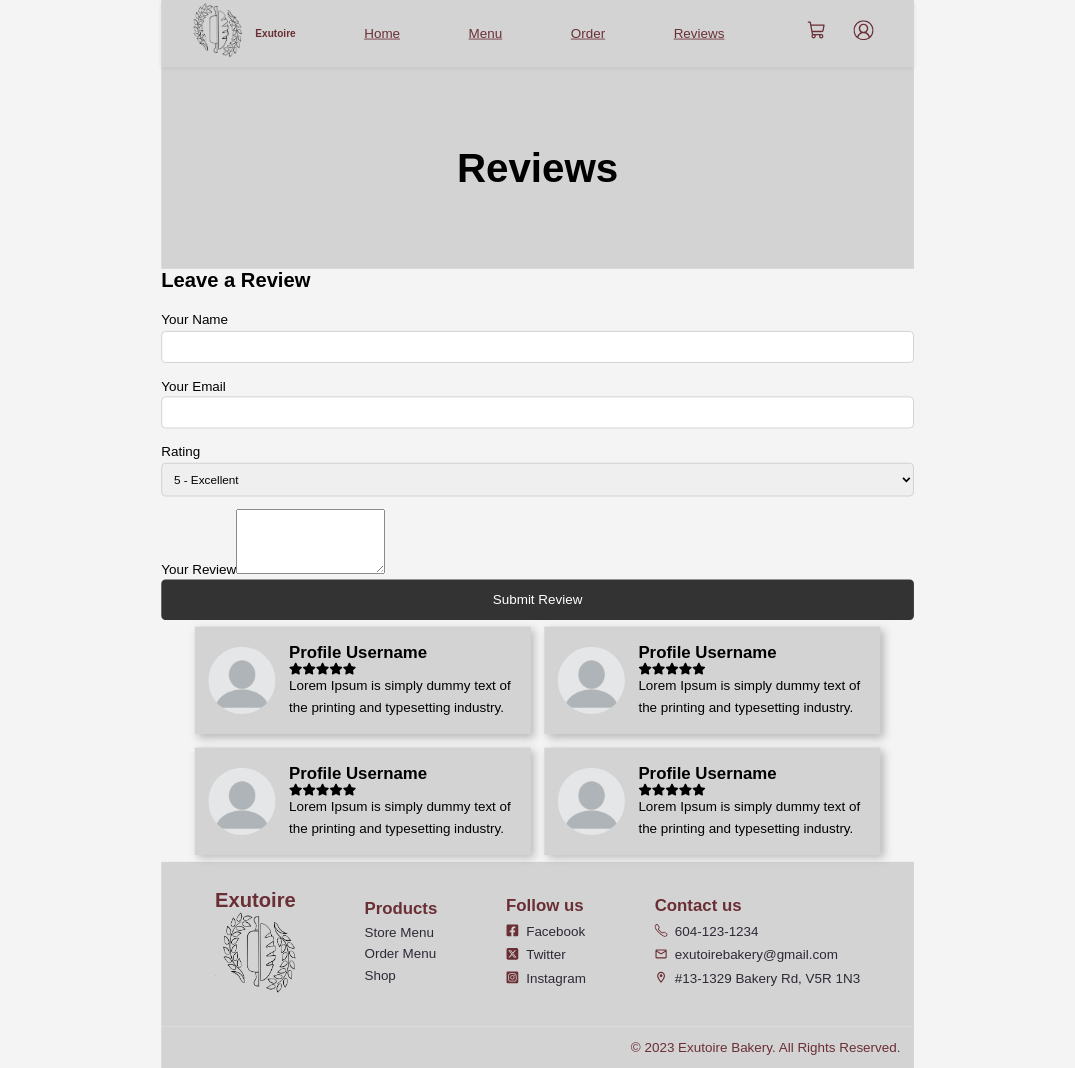
Repository: MelissaJacobi/COMP3170-final-proj
Page: /Reviews
An editor plug-in stored every save of this project. The page is shown before and after the next save, followed by the edit.
The browser window is 1280 px wide. The pictures show the whole page, at 84% of full size.
The project was rebuilt for these pictures with package versions that can differ from the ones it lists, and the page was loaded fresh each time. Also part of the build but not shown: vite.config.js, src/pages/ShoppingCart.module.css, src/components/ShoppingCartCard.module.css, src/components/ShoppingCartCard.jsx, src/components/OrderTotal.jsx, src/pages/ShoppingCart.jsx, src/pages/Profile.module.css, src/pages/Profile.jsx and 30 more.

Above is the page before, as saved 2024-10-19 19:49:38.

### src/main.jsx
import { StrictMode } from 'react'
import { createRoot } from 'react-dom/client'
import App from './App.jsx'
import './index.css'

const rootElement = document.getElementById('root');
if (rootElement) {
  createRoot(rootElement).render(
    <StrictMode>
      <App />
    </StrictMode>
  );
}

### src/App.jsx
import { BrowserRouter as Router, Routes, Route } from 'react-router-dom';
import styles from './App.module.css';
import Header from './components/Header';
import Footer from './components/Footer';
import Home from './pages/Home';
import Menu from './pages/menu';
import Bread from './pages/Bread';
import Pastries from './pages/Pastries';
import Cakes from './pages/Cakes';
import Drinks from './pages/Drinks';
import Seasonal from './pages/Seasonal';
import OrderPickUp from './pages/OrderPickUp';
import OrderDelivery from './pages/OrderDelivery';
import ShoppingCart from './pages/ShoppingCart';
import Profile from './pages/Profile';
import Reviews from './pages/reviews';

function App() {
  return (
    <Router>
      <div className={styles.appContainer}>
        <Header />
        <Routes>
          <Route path="/" element={<Home />} />
          <Route path="/menu" element={<Menu />} />
          <Route path="/menu/bread" element={<Bread />} />
          <Route path="/menu/pastries" element={<Pastries />} />
          <Route path="/menu/cakes" element={<Cakes />} />
          <Route path="/menu/drinks" element={<Drinks />} />
          <Route path="/menu/seasonal" element={<Seasonal />} />
          <Route path="/orderpickup" element={<OrderPickUp />} />
          <Route path="/orderdelivery" element={<OrderDelivery />} />
          <Route path="/shoppingcart" element={<ShoppingCart/>}/>
          <Route path="/profile" element={<Profile />}/>
          <Route path="/Reviews" element={<Reviews />}/>
        </Routes>
        <Footer />
      </div>
    </Router>
  );
}

export default App;

### src/index.css
* {
  margin: 0;
  padding: 0;
  box-sizing: border-box;
}

body {
  font-family: Arial, sans-serif;
  line-height: 1.6;
  background-color: #f4f4f4;
}

:root {
  --primary-color: lightgrey;
  --secondary-color: lightblue;
  --accent-color: #6A2E35;
  --background-color: white;
  --text-color: #2E2836;
}

### src/App.module.css
.appContainer {
    width: 70%;
    height: 100%;
    margin: auto;
}

### src/components/Header.jsx
// Header.tsx
import { Link, Route, Router, Routes } from 'react-router-dom';
import styles from './Header.module.css';
import logo from "../assets/images/logo.png";
import { PiShoppingCart } from "react-icons/pi";
import { VscAccount } from "react-icons/vsc";
import OverallCart from '../pages/ShoppingCart';
import Profile from '../pages/Profile';

export default function Header() {
  return (
    <div className={styles.container}>
      <div>
        <Link to ="/"><img src={logo} alt="Logo" className={styles.logo} /></Link>
        <p className={styles.siteTitle}>Exutoire</p>
      </div>
      <Link to="/" className={styles.links}>Home</Link>
      <Link to="/Menu" className={styles.links}>Menu</Link>
      <Link to="/OrderPickUp" className={styles.links}>Order</Link>
      <Link to="/Reviews" className={styles.links}>Reviews</Link>
      <div>
        <Link to="/ShoppingCart">
          <PiShoppingCart className={styles.icon} />
        </Link>
        <Link to="/Profile">
          <VscAccount className={styles.icon} />
        </Link>
      </div>
    </div>
  );
}

### src/components/Footer.tsx
import logo from "../assets/images/logo.png"
import styles from "./Footer.module.css"
import { FaFacebookSquare } from "react-icons/fa";
import { FaSquareXTwitter } from "react-icons/fa6";
import { FaInstagramSquare } from "react-icons/fa";
import { SlPhone } from "react-icons/sl";
import { MdOutlineMailOutline } from "react-icons/md";
import { MdOutlineLocationOn } from "react-icons/md";

export default function Footer() {

  return (
    <>
      <div className={styles.container}>
        <div>
            <p className={styles.siteTitle}>Exutoire</p>
            <img src={logo} alt="Logo" className={styles.logo}/>
        </div>
        <ul>
          <p>Products</p>
          <li>Store Menu</li>
          <li>Order Menu</li>
          <li>Shop</li>
        </ul>
        <ul>
          <p>Follow us</p>
          <li><FaFacebookSquare className={styles.socialIcon}/>Facebook</li>
          <li><FaSquareXTwitter className={styles.socialIcon}/>Twitter</li>
          <li><FaInstagramSquare className={styles.socialIcon}/>Instagram</li>
        </ul>
        <ul>
          <p>Contact us</p>
          <li><SlPhone  className={styles.socialIcon}/>604-123-1234</li>
          <li><MdOutlineMailOutline className={styles.socialIcon}/>exutoirebakery@gmail.com</li>
          <li><MdOutlineLocationOn className={styles.socialIcon}/>#13-1329 Bakery Rd, V5R 1N3</li>
        </ul>
      </div>
      <p className={styles.copywrite}>© 2023 Exutoire Bakery.  All Rights Reserved.</p>
    </>
  )
}

### src/pages/reviews.jsx
import styles from "./Reviews.module.css"
import Review from "../components/Review";

export default function Reviews() {
    return (
      <div className={styles.container}>
        <div className={styles.banner}>
            <h1>Reviews</h1>
        </div>
        <div className={styles.reviewFormContainer}>
        <h2>Leave a Review</h2>
        <form action="#" method="POST" className={styles.reviewForm}>
          <div className={styles.formGroup}>
            <label htmlFor="name">Your Name</label>
            <input type="text" id="name" name="name" required />
          </div>

          <div className={styles.formGroup}>
            <label htmlFor="email">Your Email</label>
            <input type="email" id="email" name="email" required />
          </div>

          <div className={styles.formGroup}>
            <label htmlFor="rating">Rating</label>
            <select id="rating" name="rating" required>
              <option value="5">5 - Excellent</option>
              <option value="4">4 - Good</option>
              <option value="3">3 - Average</option>
              <option value="2">2 - Poor</option>
              <option value="1">1 - Terrible</option>
            </select>
          </div>

          <div className={styles.formGroup}>
            <label htmlFor="comments">Your Review</label>
            <textarea id="comments" name="comments" rows="5" required></textarea>
          </div>

          <button type="submit">Submit Review</button>
        </form>
      </div>
        <div className={styles.reviews}>
            <Review />
            <Review />
            <Review />
            <Review />
        </div>

      </div>
    );
  }

### src/components/Header.module.css
.container {
    background-color: var(--primary-color);
    width: 100%;
    height: 5rem;
    display: flex;
    align-items: center;
    justify-content: space-between;
    padding: 2rem;
    position: sticky;
    top: 0;
    z-index: 1000;
    box-shadow: 0 2px 4px rgba(0, 0, 0, 0.1);
}

.logo {
    height: 4rem;
    width: 4rem;
}

.siteTitle {
    font-size: 12px;
    font-style: normal;
    font-weight: 700;
    line-height: normal;
    margin-left: 1rem;
    color: var(--accent-color)
}

.container div {
    display: flex;
    align-items: center;
}

.links {
    font-size: 16px;
    font-style: normal;
    font-weight: 400;
    line-height: normal;
    color: var(--accent-color)
}

.icon {
    height: 1.5rem;
    width: 1.5rem;
    margin: 1rem;
    color: var(--accent-color)
}

### src/components/Footer.module.css
.container {
    background-color: var(--primary-color);
    height: 100%;
    width: 100%;
    display: flex;
    flex-wrap: wrap;
    align-items: center;
    justify-content: space-between;
    padding: 2rem 4rem;
}

.container div{
    text-align: center;
}

.logo {
    width: 6rem;
    height: 6rem;
}

.siteTitle {
    font-size: 24px;
    font-style: normal;
    font-weight: 700;
    line-height: normal;
    color: var(--accent-color)
}

.container ul p {
    color: var(--accent-color);
    font-size: 20px;
    font-style: normal;
    font-weight: 700;
    line-height: normal;
}

.container ul li {
    font-size: 16px;
    font-style: normal;
    font-weight: 400;
    line-height: normal;
    margin: 0.5rem 0rem;
    padding: 0;
    list-style-type: none;
    color: var(--text-color)
}

.socialIcon {
    transform: translateY(0.1rem);
    color: var(--accent-color);
    margin-right: 0.5rem;
}

.copywrite {
    width: 100%;
    text-align: right;
    padding: 1rem;
    font-size: 16px;
    font-style: normal;
    font-weight: 400;
    line-height: normal;
    color: var(--accent-color);
    background-color: var(--primary-color);
}

### src/pages/Reviews.module.css
.container {
    width: 100%;
}

.banner {
    width: 100%;
    height: 15rem;
    display: flex;
    justify-content: center;
    align-items: center;
    background-color: var(--primary-color);
}

.container h1 {
    font-size: 48px;
    font-style: normal;
    font-weight: 700;
    line-height: normal;
}

.reviews {
    width: 100%;
    display: flex;
    justify-content: center;
    flex-wrap: wrap;
}

### src/components/Review.jsx
import styles from "./Review.module.css"
import profile from "../assets/images/profile.webp";
import { FaStar } from "react-icons/fa";

export default function Review() {
    return (
      <div className={styles.container}>
        <img src={profile} className={styles.profileImg} />
        <div>
            <p className={styles.username}>Profile Username</p>
            <div className={styles.rating}>
                <FaStar />
                <FaStar />
                <FaStar />
                <FaStar />
                <FaStar />
            </div>
            <p>Lorem Ipsum is simply dummy text of the printing and typesetting industry.</p>
        </div>
      </div>
    );
  }

### src/components/MenuGallery.module.css
.container {
    display: flex;
    flex-direction: column;
    align-items: center;
    justify-content: center;
    height: 100%;
}

h2 {
    font-size: 30px;
    font-style: normal;
    font-weight: 700;
    line-height: normal;
    text-align: center;
    margin: 0;
}

.gallery {
    width: 100%;
    margin-top: 1rem;
    display: flex;
    justify-content: space-around;
    flex-wrap: wrap;
    height: 100%;
    padding: 1rem 7rem;
}

.galleryItem {
    height: 15rem;
    width: 15rem;
    background-color: var(--primary-color);
    display: flex;
    justify-content: center;
    margin: 1rem;
}

### src/components/PickUpInformation.module.css
.formContainer {
  padding: 20px;
  margin: 0 auto;
}

h2 {
  margin-bottom: 20px;
  text-align: left;
  font-weight: 600;
  font-size: 1.5em;
}

form {
  display: flex;
  flex-direction: column;
}

.inputRow {
  display: flex;
  justify-content: space-between;
  gap: 10px;
}

input, select {
  width: 100%;
  padding: 10px;
  margin-bottom: 15px;
  border: 1px solid #ccc;
  border-radius: 5px;
  font-size: 14px;
  box-sizing: border-box;
}

input[type="tel"],
input[type="email"],
input[type="text"] {
  width: 100%;
}

button {
  width: 100%;
  padding: 15px;
  background-color: #333;
  color: #fff;
  border: none;
  border-radius: 5px;
  cursor: pointer;
  font-size: 16px;
  text-align: center;
  transition: background-color 0.3s ease;
}

button:hover {
  background-color: #555;
}

.checkboxRow {
  display: flex;
  align-items: center;
  justify-content: flex-start;
  gap: 10px;
  margin-bottom: 20px;
}

.checkboxInput {
  width: auto;
}

.checkboxLabel {
  margin-left: 0;
  white-space: nowrap;
  margin-bottom: 15px;
}

### src/components/OrderTotal.module.css
.orderTotalContainer {
    display: flex;
    flex-direction: column;
    justify-content: flex-end;
    align-items: flex-end;
}

.subtotal, .tax, .grandTotal {
    display: flex;
    flex-direction: row;
    justify-content: space-around;
    width: 55%;
    margin: 0.5rem;
}

.grandTotal {
    font-size: 40px;
    font-weight: 300;
}

.line {
    background-color: #9a9a9a;
    height: 0.2rem;
    width: 55%;
}

.lineThin {
    background-color: #9a9a9a;
    height: 0.1rem;
    width: 55%;
}

.btns, Link {
    display: flex;
    justify-content: center;
    align-items: center;
    width: 30%;
    margin-bottom: 1rem;
}

.backBtn {
    background-color: inherit;
    color: #6A2E35;
}

.checkoutBtn {
    display: flex;
    justify-content: center;
    align-items: center;
    background-color: #6A2E35;
    height: 2.7rem;
    border-radius: 0;
}

### src/components/Review.module.css
.container {
    background-color: var(--primary-color);
    width: 25rem;
    height: 8rem;
    Margin: 0.5rem;
    display: flex;
    align-items: center;
    box-shadow: 4px 4px 10px 0px rgba(0, 0, 0, 0.25);
}

.profileImg {
    width: 5rem;
    height: 5rem;
    border-radius: 50%;
    margin: 1rem;
}

.rating {
    display: flex;

}

.username {
    font-size: 20px;
    font-style: normal;
    font-weight: 700;
    line-height: normal;
    width: 100%;
}

Loaded but not shown: index.html (common file)

After the next save:
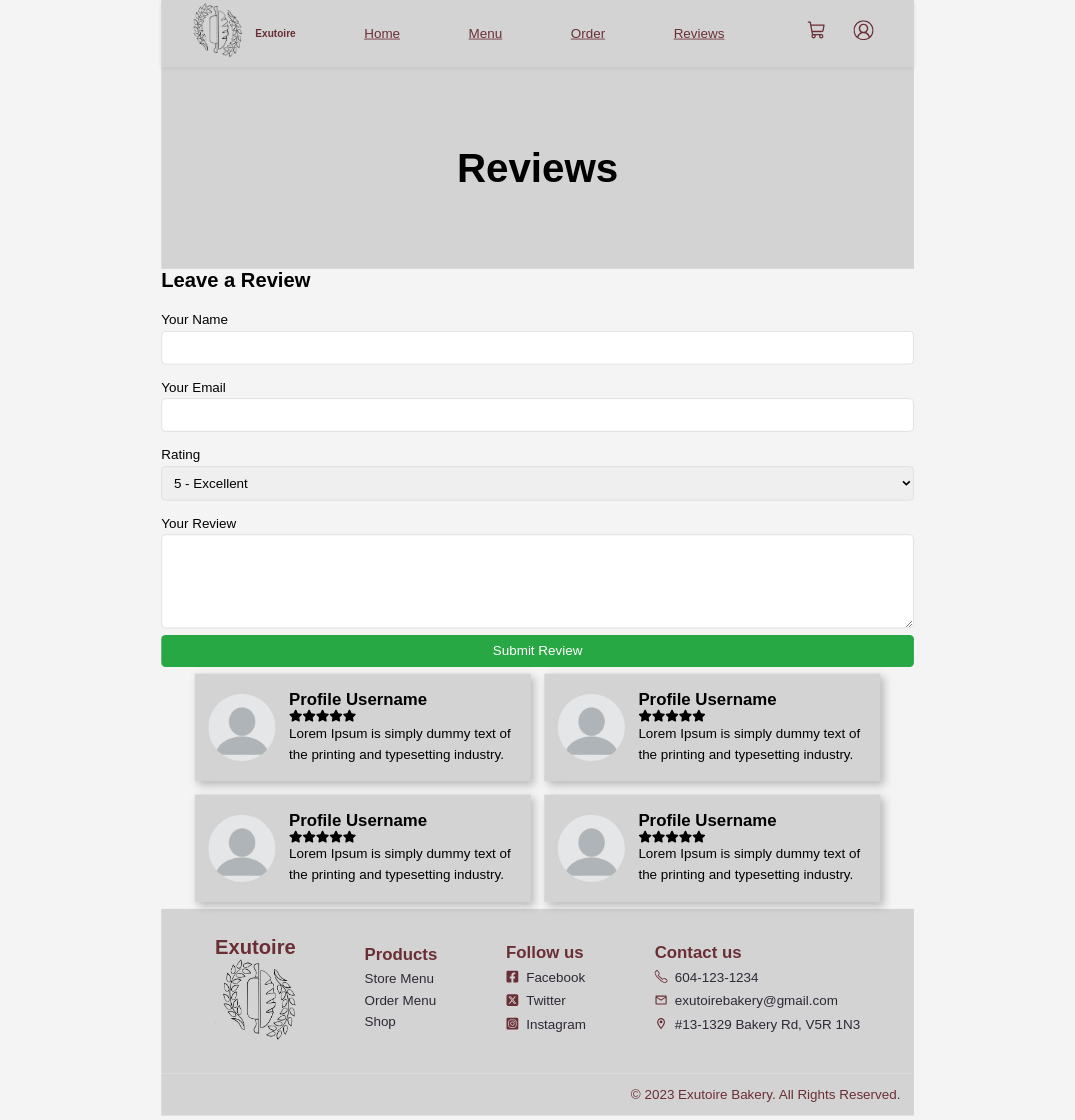
Saved 73 s later.
--- a/src/components/Review.module.css
+++ b/src/components/Review.module.css
@@ -27,3 +27,55 @@
     line-height: normal;
     width: 100%;
 }
+
+
+.reviewFormContainer {
+    margin-bottom: 40px;
+  }
+
+  .reviewForm {
+    background-color: #f9f9f9;
+    padding: 20px;
+    border-radius: 10px;
+    box-shadow: 0 2px 10px rgba(0, 0, 0, 0.1);
+  }
+
+  .formGroup {
+    margin-bottom: 15px;
+  }
+
+  input[type="text"],
+  input[type="email"],
+  textarea,
+  select {
+    width: 100%;
+    padding: 10px;
+    border: 1px solid #ddd;
+    border-radius: 5px;
+    font-size: 16px;
+  }
+
+  button {
+    width: 100%;
+    padding: 10px;
+    background-color: #28a745;
+    color: white;
+    border: none;
+    border-radius: 5px;
+    font-size: 16px;
+    cursor: pointer;
+  }
+
+  button:hover {
+    background-color: #218838;
+  }
+
+  .reviews {
+    margin-top: 20px;
+  }
+
+  .review {
+    display: flex;
+    align-items: flex-start;
+    margin-bottom: 20px;
+  }

After the 3 saves that followed:
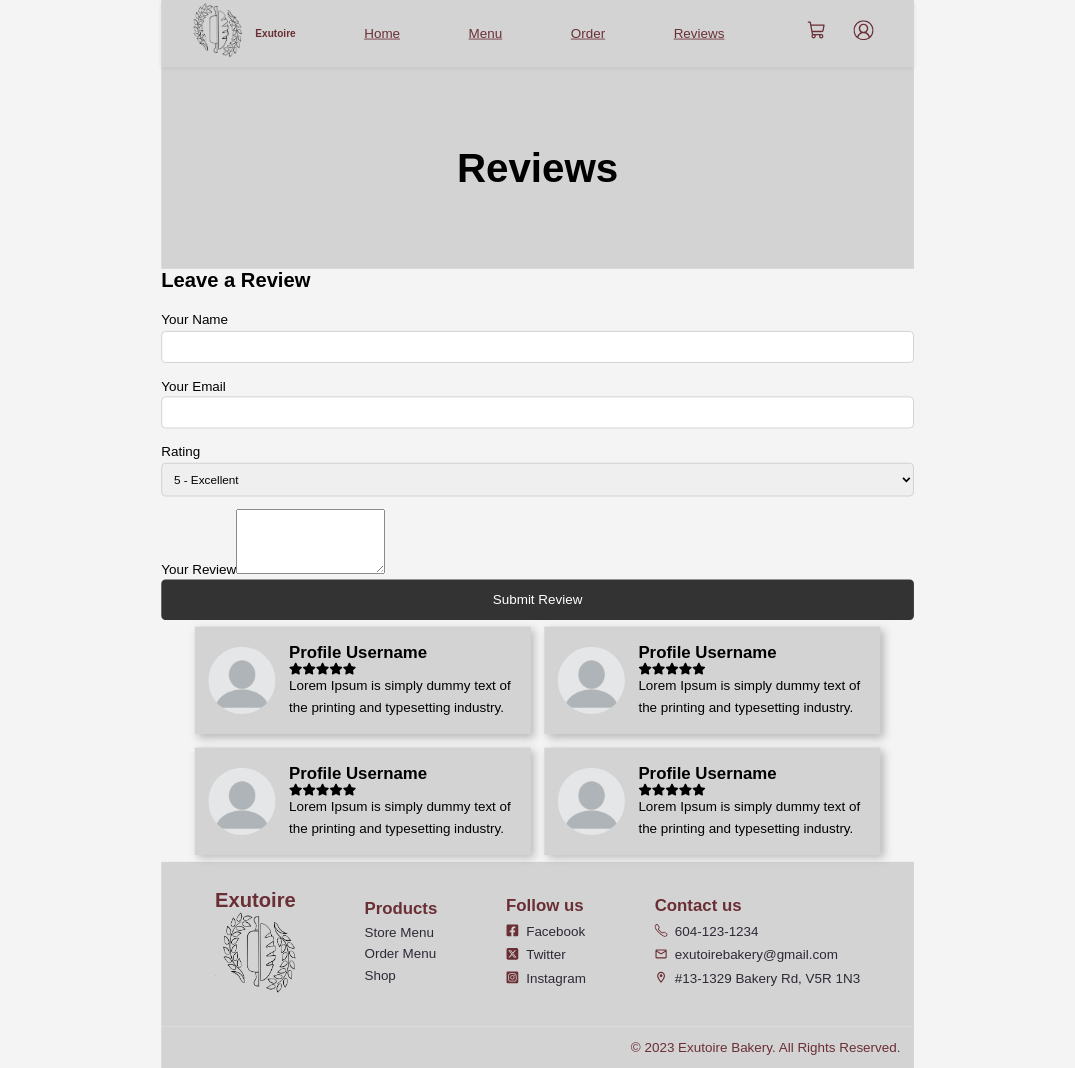
The 3 saves are shown as one change because 2 left the picture as it was.
The last was saved 82 s later.
--- a/src/components/Review.module.css
+++ b/src/components/Review.module.css
@@ -27,55 +27,3 @@
     line-height: normal;
     width: 100%;
 }
-
-
-.reviewFormContainer {
-    margin-bottom: 40px;
-  }
-
-  .reviewForm {
-    background-color: #f9f9f9;
-    padding: 20px;
-    border-radius: 10px;
-    box-shadow: 0 2px 10px rgba(0, 0, 0, 0.1);
-  }
-
-  .formGroup {
-    margin-bottom: 15px;
-  }
-
-  input[type="text"],
-  input[type="email"],
-  textarea,
-  select {
-    width: 100%;
-    padding: 10px;
-    border: 1px solid #ddd;
-    border-radius: 5px;
-    font-size: 16px;
-  }
-
-  button {
-    width: 100%;
-    padding: 10px;
-    background-color: #28a745;
-    color: white;
-    border: none;
-    border-radius: 5px;
-    font-size: 16px;
-    cursor: pointer;
-  }
-
-  button:hover {
-    background-color: #218838;
-  }
-
-  .reviews {
-    margin-top: 20px;
-  }
-
-  .review {
-    display: flex;
-    align-items: flex-start;
-    margin-bottom: 20px;
-  }
